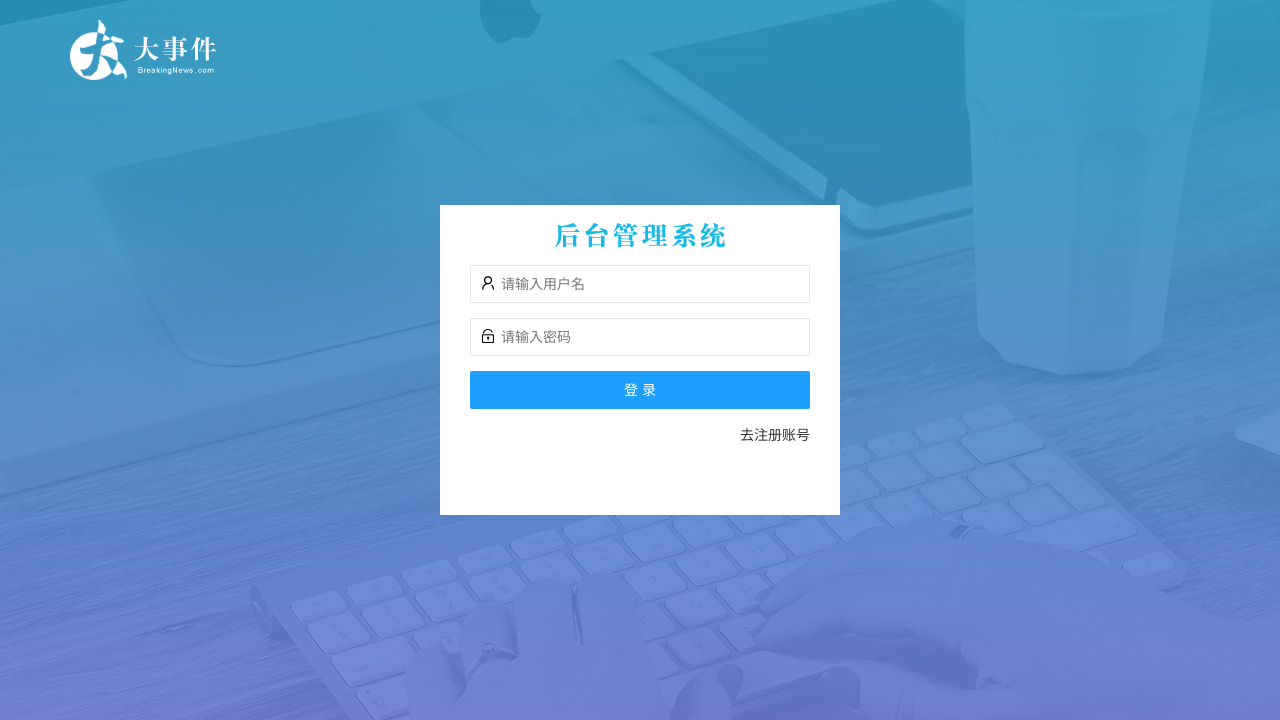
Repository: xxsleep/-
Page: home/login.html
These files come from the project's save history. The page is drawn as it stood at one moment and after the next save; the edit follows.
The browser window is 1280 px wide. The pictures show the whole page.

Above is the page before, as saved 2020-11-24 11:37:37.

### home/login.html
<!DOCTYPE html>
<html lang="en">

<head>
    <meta charset="UTF-8">
    <meta name="viewport" content="width=device-width, initial-scale=1.0">
    <title>75期-大事件后台登录页面</title>
    <link rel="stylesheet" href="/assets/lib/layui/css/layui.css">
    <link rel="stylesheet" href="/assets/css/login.css">
</head>

<body>

    <div class="head layui-main">
        <img src="../assets/images/logo.png" alt="">
    </div>
    <div class="loginbox">
        <div class="title">
        </div>
        <div class="lgbox">
            <form class="layui-form" action="" id="lgBox">
                <div class="layui-form-item">
                    <i class="layui-icon layui-icon-username"></i>
                    <input type="text" name="username" required lay-verify="required | username" placeholder="请输入用户名"
                        autocomplete="off" class="layui-input">
                </div>
                <div class="layui-form-item">
                    <i class="layui-icon layui-icon-password"></i>
                    <input type="password" name="password" required lay-verify="required | pass" placeholder="请输入密码"
                        autocomplete="off" class="layui-input">
                </div>
                <div class="layui-form-item ">
                    <button class="layui-btn layui-btn-fluid layui-btn-normal" lay-submit lay-filter="formDemo">登
                        录</button>
                </div>
                <div class="layui-form-item">
                    <a href="javascript:" id="gotoRg">去注册账号</a>
                </div>
            </form>
        </div>
        <div class="rgbox">
            <form class="layui-form" action="" id="rgBox">
                <div class="layui-form-item">
                    <i class="layui-icon layui-icon-username"></i>
                    <input type="text" name="username" required lay-verify="required | username" placeholder="请输入用户名"
                        autocomplete="off" class="layui-input">
                </div>
                <div class="layui-form-item">
                    <i class="layui-icon layui-icon-password"></i>
                    <input type="password" name="password" required lay-verify="required | pass" placeholder="请输入密码"
                        autocomplete="off" class="layui-input">
                </div>
                <div class="layui-form-item">
                    <i class="layui-icon layui-icon-password"></i>
                    <input type="password" name="repassword" required lay-verify="required | repass"
                        placeholder="再次确认密码" autocomplete="off" class="layui-input">
                </div>
                <div class="layui-form-item ">
                    <button class="layui-btn layui-btn-fluid layui-btn-normal" lay-submit lay-filter="formDemo">注
                        册</button>
                </div>
                <div class="layui-form-item">
                    <a href="javascript:" id="gotoLg">去登录账号</a>
                </div>
            </form>
        </div>
    </div>

    <script src="/assets/lib/jquery.js"></script>
    <script src="/assets/js/ajaxBase.js"></script>
    <script src="/assets/lib/layui/layui.all.js"></script>
    <script src="/assets/js/login.js"></script>
</body>

</html>

### assets/css/login.css
* {
  margin: 0;
  padding: 0;
}

html, body {
  width: 100%;
  height: 100%;
  background: url(../images/login_bg.jpg) no-repeat center center/cover;
  overflow: hidden;
}

.head {
  margin-top: 20px;
}

.container {
  position: relative;
}

.loginbox {
  width: 400px;
  height: 310px;
  position: absolute;
  top: 50%;
  left: 50%;
  transform: translate(-50%, -50%);
  background-color: #fff;
}

.loginbox .title {
  height: 60px;
  line-height: 60px;
  background: url(/assets/images/login_title.png) no-repeat center;
}

.layui-form {
  padding: 0 30px;
}

.rgbox {
  display: none;
}

#gotoRg, #gotoLg {
  float: right;
}

.layui-input {
  padding-left: 30px;
}

.layui-form-item {
  position: relative;
}

.layui-icon {
  position: absolute;
  top: 10px;
  left: 10px;
}

### assets/js/ajaxBase.js
$.ajaxPrefilter(function (options) {
    // 在每次jQ发送ajax请求前会执行该函数，通过该函数的形参options可以获取到每次ajax的配置项
    // 来修改每次请求的配置项
    options.url = "http://ajax.frontend.itheima.net" + options.url;
    console.log(options.url);
});

### assets/js/login.js
$(function () {
    $('#gotoRg').click(function () {
        $(this).parents('.lgbox').hide().siblings('.rgbox').show()
    })

    $('#gotoLg').click(function () {
        $(this).parents('.rgbox').hide().siblings('.lgbox').show()
    })


    let form = layui.form
    let layer = layui.layer
    form.verify({
        username: function (value, item) { //value：表单的值、item：表单的DOM对象
            if (!new RegExp("^[a-zA-Z0-9_\u4e00-\u9fa5\\s·]+$").test(value)) {
                return '用户名不能有特殊字符';
            }
            if (/(^\_)|(\__)|(\_+$)/.test(value)) {
                return '用户名首尾不能出现下划线\'_\'';
            }
            if (/^\d+\d+\d$/.test(value)) {
                return '用户名不能全为数字';
            }
        },
        pass: [
            /^[\S]{6,12}$/, '密码必须6到12位，且不能出现空格'
        ],
        repass: function (value, item) {
            let pwd = $('.rgbox input[name=password]').val()

            if (pwd !== value) {
                return '两次输入的密码不一致'
            }
        }
    });

    $('#lgBox').on('submit', function (e) {
        e.preventDefault()
        let data = $(this).serialize()
        $.ajax({
            type: "POST",
            url: "/api/login",
            data,
            success: function (res) {
                console.log(res);

                if (res.status !== 0) {
                    return layer.msg("登录失败！");
                }

                localStorage.setItem("token", res.token);
                layer.msg(
                    "登录成功，即将去后台主页", {
                        time: 2000
                    },
                    function () {
                        location.href = "index.html";
                    }
                );
            }
        })
    })

    $('#rgBox').on('submit', function (e) {
        e.preventDefault()
        let data = $(this).serialize()
        $.ajax({
            type: 'POST',
            url: '/api/reguser',
            data,
            success: function (res) {
                console.log(res);
                if (res.status !== 0) {
                    return layer.msg('注册失败，' + res.message)
                }

                layer.msg('注册成功')
            }

        })
    })
})

Loaded but not shown: assets/lib/layui/css/layui.css (library); assets/lib/jquery.js (library); assets/lib/layui/layui.all.js (library); assets/lib/layui/css/modules/laydate/default/laydate.css (library); assets/lib/layui/css/modules/layer/default/layer.css (library); assets/lib/layui/css/modules/code.css (common file)

After the next save:
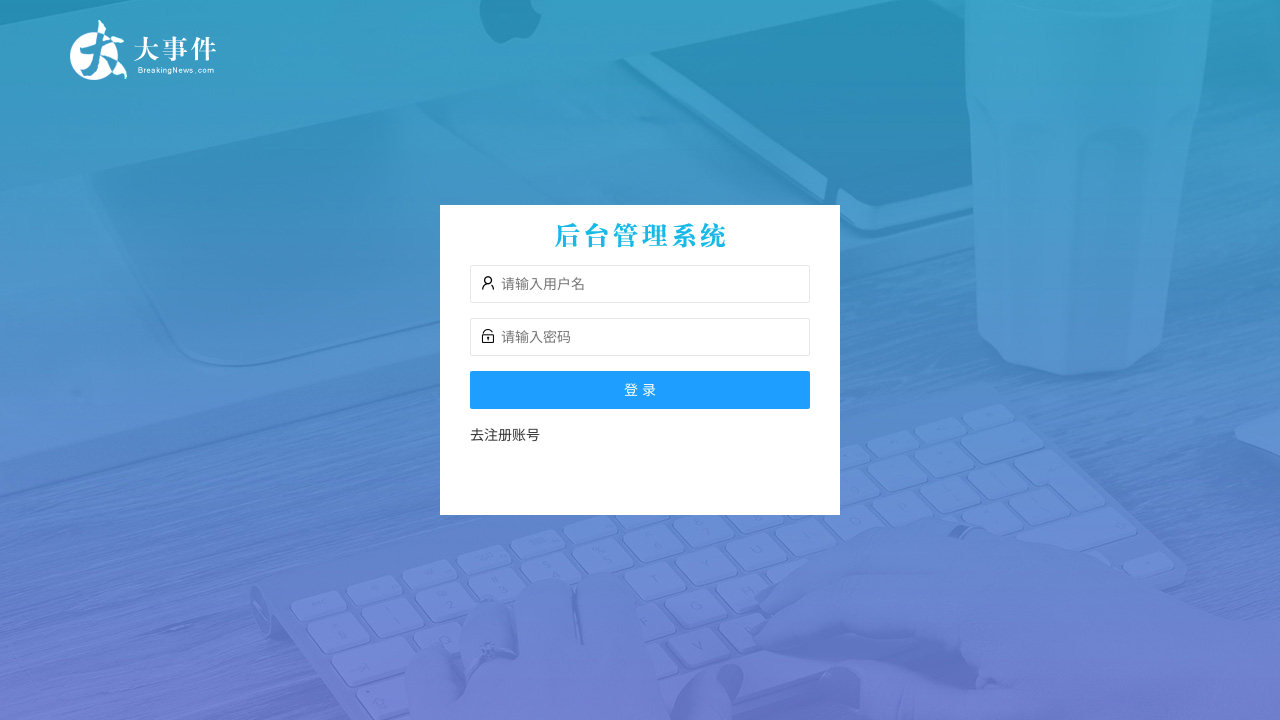
Saved 76 s later.
--- a/home/login.html
+++ b/home/login.html
@@ -18,7 +18,26 @@
         <div class="title">
         </div>
         <div class="lgbox">
-            <form class="layui-form" action="" id="lgBox">
+            <form class="layui-form" id="loginForm">
+                <div class="layui-form-item">
+                    <i class="layui-icon layui-icon-username"></i>
+                    <input type="text" name="username" required lay-verify="required" placeholder="请输入用户名"
+                        autocomplete="off" class="layui-input">
+                </div>
+                <div class="layui-form-item">
+                    <i class="layui-icon layui-icon-password"></i>
+                    <input type="password" name="password" required lay-verify="required|pass" placeholder="请输入密码"
+                        autocomplete="off" class="layui-input">
+                </div>
+                <div class="layui-form-item">
+                    <button class="layui-btn layui-btn-normal layui-btn-fluid" lay-submit lay-filter="formDemo">登
+                        录</button>
+                </div>
+                <div class="layui-form-item">
+                    <a href="javascript:;" id="gotoRegi">去注册账号</a>
+                </div>
+            </form>
+            <!-- <form class="layui-form" action="" id="lgBox">
                 <div class="layui-form-item">
                     <i class="layui-icon layui-icon-username"></i>
                     <input type="text" name="username" required lay-verify="required | username" placeholder="请输入用户名"
@@ -36,7 +55,7 @@
                 <div class="layui-form-item">
                     <a href="javascript:" id="gotoRg">去注册账号</a>
                 </div>
-            </form>
+            </form> -->
         </div>
         <div class="rgbox">
             <form class="layui-form" action="" id="rgBox">

After the 2 saves that followed:
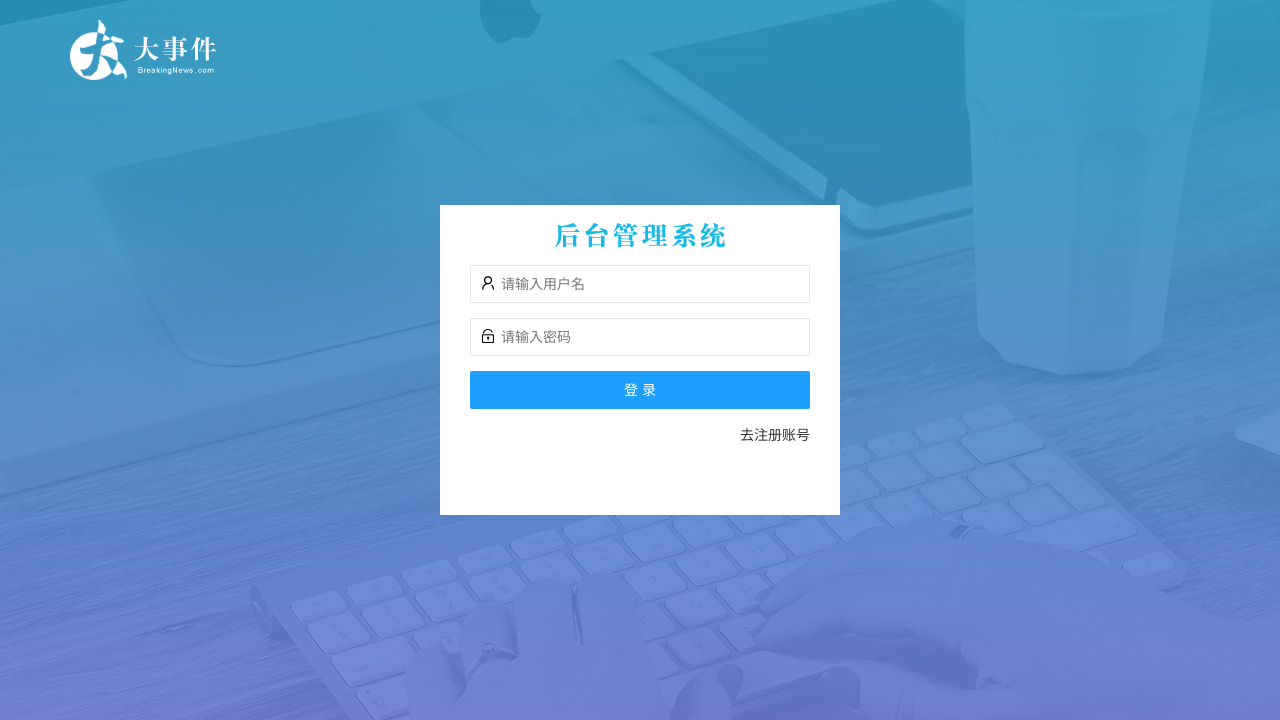
The 2 saves are shown as one change because 1 left the picture as it was.
The last was saved 49 s later.
--- a/home/login.html
+++ b/home/login.html
@@ -18,26 +18,8 @@
         <div class="title">
         </div>
         <div class="lgbox">
-            <form class="layui-form" id="loginForm">
-                <div class="layui-form-item">
-                    <i class="layui-icon layui-icon-username"></i>
-                    <input type="text" name="username" required lay-verify="required" placeholder="请输入用户名"
-                        autocomplete="off" class="layui-input">
-                </div>
-                <div class="layui-form-item">
-                    <i class="layui-icon layui-icon-password"></i>
-                    <input type="password" name="password" required lay-verify="required|pass" placeholder="请输入密码"
-                        autocomplete="off" class="layui-input">
-                </div>
-                <div class="layui-form-item">
-                    <button class="layui-btn layui-btn-normal layui-btn-fluid" lay-submit lay-filter="formDemo">登
-                        录</button>
-                </div>
-                <div class="layui-form-item">
-                    <a href="javascript:;" id="gotoRegi">去注册账号</a>
-                </div>
-            </form>
-            <!-- <form class="layui-form" action="" id="lgBox">
+
+            <form class="layui-form" action="" id="lgBox">
                 <div class="layui-form-item">
                     <i class="layui-icon layui-icon-username"></i>
                     <input type="text" name="username" required lay-verify="required | username" placeholder="请输入用户名"
@@ -55,7 +37,7 @@
                 <div class="layui-form-item">
                     <a href="javascript:" id="gotoRg">去注册账号</a>
                 </div>
-            </form> -->
+            </form>
         </div>
         <div class="rgbox">
             <form class="layui-form" action="" id="rgBox">
--- a/assets/js/login.js
+++ b/assets/js/login.js
@@ -34,7 +34,7 @@ $(function () {
         }
     });
 
-    $('#lgBox').on('submit', function (e) {
+    $('#loginForm').on('submit', function (e) {
         e.preventDefault()
         let data = $(this).serialize()
         $.ajax({
